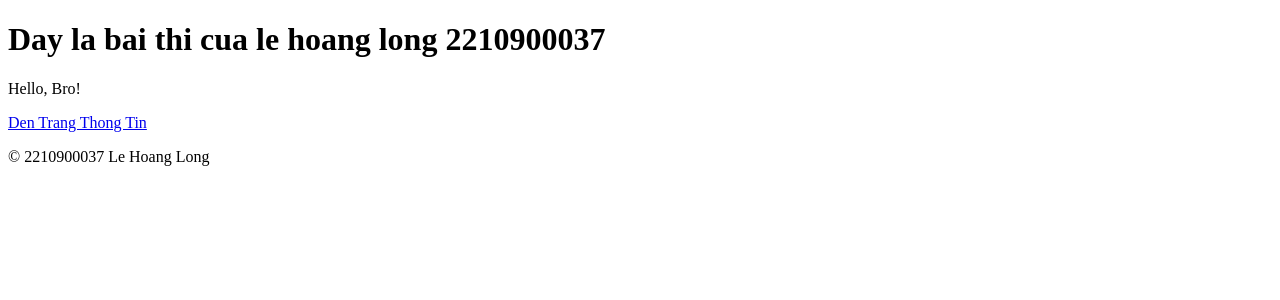
Repository: kazela2/K22CNT2_LeHoangLong_2210900037_project3
Page: http://localhost/K22CNT2-LeHoangLong-2210900037/
These files come from the project's save history. The page is drawn as it stood at one moment and after the next save; the edit follows.
The browser window is 1280 px wide. The pictures show the whole page.
The page is served by Tomcat 9. Other server files are loaded and not shown.

Above is the page before, as saved 2025-02-27 14:00:27.

### Eclipse/K22CNT2-LeHoangLong-2210900037/src/main/webapp/index.jsp
<%@ page language="java" contentType="text/html; charset=UTF-8"
    pageEncoding="UTF-8"%>
<!DOCTYPE html>
<html>
<head>
<meta charset="UTF-8">
<title>Insert title here</title>
</head>
<body>
    <div class="header">
        <h1>Day la bai thi cua le hoang long 2210900037</h1>
    </div>
    <div class="content">
        <%
            // Xử lý mã Java
            String message = "Hello, Bro!";
            out.print("<p>" + message + "</p>");
        %>

        <a href="viewform">Den Trang Thong Tin</a>



    </div>
    <div class="footer">
        <p>&copy; 2210900037 Le Hoang Long</p>
    </div>
</body>
</html>

After the next save:
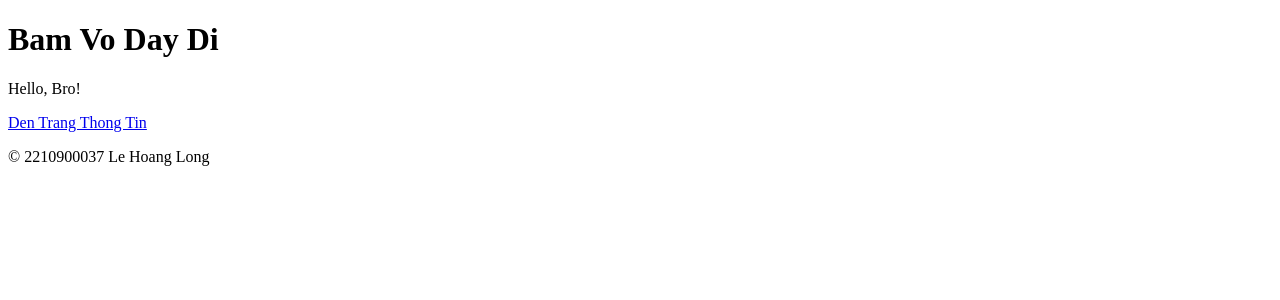
Saved 12 s later.
--- a/Eclipse/K22CNT2-LeHoangLong-2210900037/src/main/webapp/index.jsp
+++ b/Eclipse/K22CNT2-LeHoangLong-2210900037/src/main/webapp/index.jsp
@@ -8,7 +8,7 @@
 </head>
 <body>
     <div class="header">
-        <h1>Day la bai thi cua le hoang long 2210900037</h1>
+        <h1>Bam Vo Day Di</h1>
     </div>
     <div class="content">
         <%
